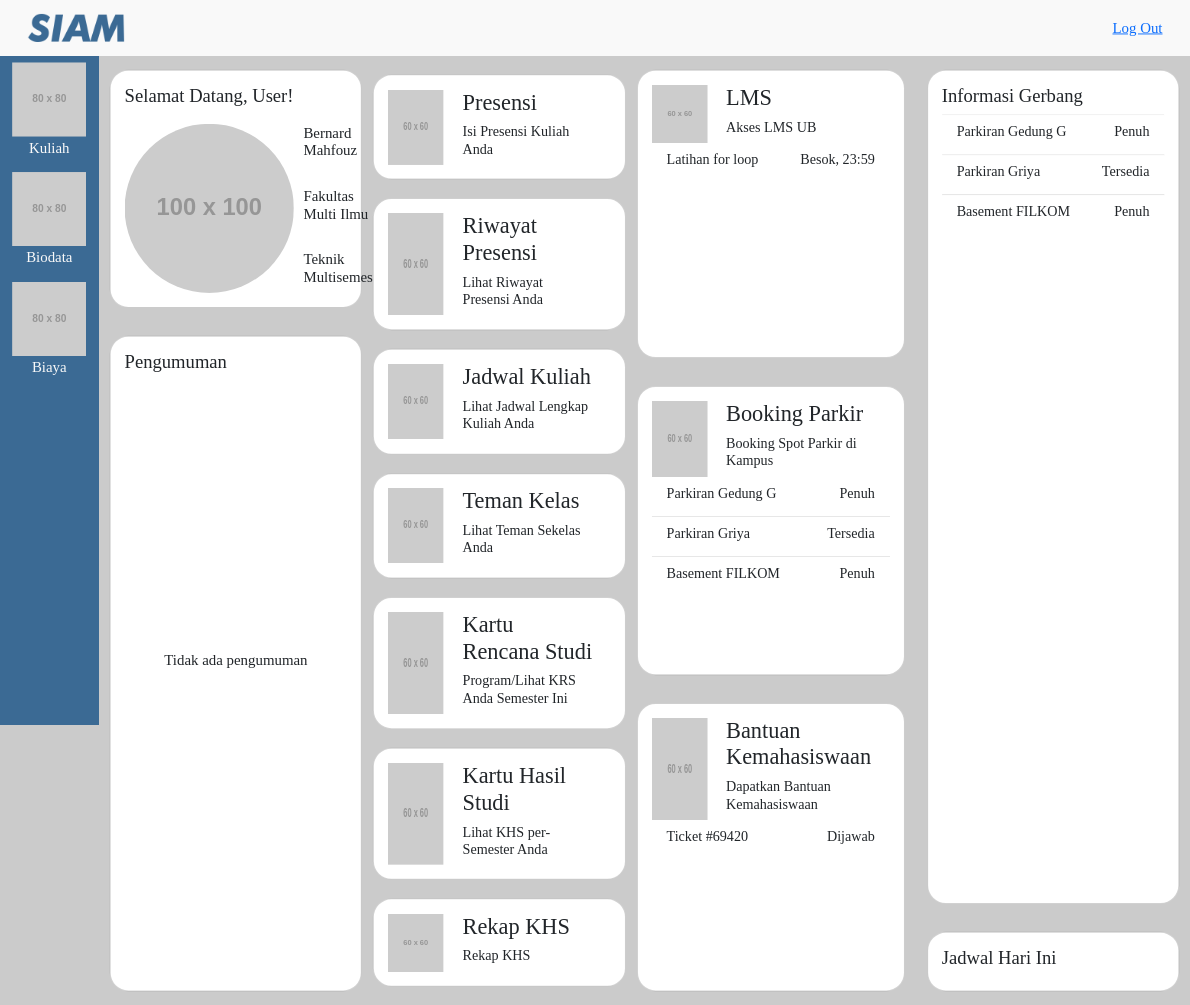
Repository: haikalirf/Project-IMK
Page: kuliah.html
An editor plug-in stored every save of this project. The page is shown before and after the next save, followed by the edit.
The browser window is 1280 px wide. The pictures show the whole page, at 93% of full size.
Some web fonts or font styles are not loaded; a fallback is used.

Above is the page before, as saved 2022-12-10 20:15:41.

### kuliah.html
<!DOCTYPE html>
<html lang="en">
<head>
	<meta charset="UTF-8">
	<meta http-equiv="X-UA-Compatible" content="IE=edge">
	<meta name="viewport" content="width=device-width, initial-scale=1.0">
	<title>SIAM</title>
	<link rel="icon" href="/assets/logo_ub.ico">
	<link rel="stylesheet" href="https://cdn.jsdelivr.net/npm/bootstrap@5.2.3/dist/css/bootstrap.min.css" integrity="sha384-rbsA2VBKQhggwzxH7pPCaAqO46MgnOM80zW1RWuH61DGLwZJEdK2Kadq2F9CUG65" crossorigin="anonymous">
	<link rel="stylesheet" href="/styles/kuliah.css">
</head>
<body>
	<nav class="navbar" id="navbar">
		<a class="navbar-brand" href="/kuliah.html">
			<img id="navbar-image" src="/assets/SIAM.png" alt="SIAM">
		</a>
		<a class="navbar-link" href="#">Log Out</a>
	</nav>
	<main>
		<div class="mh-100" id="sidebar">
			<a class="btn" href="">
				<img id="sidebar-kuliah" src="https://via.placeholder.com/80" alt="Kuliah">
				<br>
				<label for="sidebar-kuliah">Kuliah</label>
			</a>
			<a class="btn" href="">
				<img id="sidebar-biodata" src="https://via.placeholder.com/80" alt="Biodata">
				<br>
				<label for="sidebar-biodata">Biodata</label>
			</a>
			<a class="btn" href="">
				<img id="sidebar-biaya" src="https://via.placeholder.com/80" alt="Biaya">
				<br>
				<label for="sidebar-biaya">Biaya</label>
			</a>
		</div>
		<div class="row main-rows">
			<div class="col d-flex flex-column">
				<div class="card" id="card-user">
					<h5 class="card-title">Selamat Datang, User!</h5>
					<div class="card-body">
						<img class="rounded-circle" src="https://via.placeholder.com/100" alt="User Image">
						<div class="card-text-user">
							<h6>Bernard Mahfouz</h6>
							<h6>Fakultas Multi Ilmu</h6>
							<h6>Teknik Multisemesta</h6>
						</div>
					</div>
				</div>
				<div class="card" id="card-pengumuman">
					<h5>Pengumuman</h5>
					<br>
					<div id="text-pengumuman">
						<h6>Tidak ada pengumuman</h6>
					</div>
				</div>
			</div>
			<div class="col d-flex flex-column col-pilihan">
				<div class="card card-pilihan">
					<div class="pilihan-body">
						<img src="https://via.placeholder.com/60" alt="">
						<div class="pilihan-text">
							<h4>Presensi</h4>
							<h6>Isi Presensi Kuliah Anda</h6>
						</div>
					</div>
				</div>
				<div class="card card-pilihan">
					<div class="pilihan-body">
						<img src="https://via.placeholder.com/60" alt="">
						<div class="pilihan-text">
							<h4>Riwayat Presensi</h4>
							<h6>Lihat Riwayat Presensi Anda</h6>
						</div>
					</div>
				</div>
				<div class="card card-pilihan">
					<div class="pilihan-body">
						<img src="https://via.placeholder.com/60" alt="">
						<div class="pilihan-text">
							<h4>Jadwal Kuliah</h4>
							<h6>Lihat Jadwal Lengkap Kuliah Anda</h6>
						</div>
					</div>
				</div>
				<div class="card card-pilihan">
					<div class="pilihan-body">
						<img src="https://via.placeholder.com/60" alt="">
						<div class="pilihan-text">
							<h4>Teman Kelas</h4>
							<h6>Lihat Teman Sekelas Anda</h6>
						</div>
					</div>
				</div>
				<div class="card card-pilihan">
					<div class="pilihan-body">
						<img src="https://via.placeholder.com/60" alt="">
						<div class="pilihan-text">
							<h4>Kartu Rencana Studi</h4>
							<h6>Program/Lihat KRS Anda Semester Ini</h6>
						</div>
					</div>
				</div>
				<div class="card card-pilihan">
					<div class="pilihan-body">
						<img src="https://via.placeholder.com/60" alt="">
						<div class="pilihan-text">
							<h4>Kartu Hasil Studi</h4>
							<h6>Lihat KHS per-Semester Anda</h6>
						</div>
					</div>
				</div>
				<div class="card card-pilihan">
					<div class="pilihan-body">
						<img src="https://via.placeholder.com/60" alt="">
						<div class="pilihan-text">
							<h4>Rekap KHS</h4>
							<h6>Rekap KHS</h6>
						</div>
					</div>
				</div>
			</div>
			<div class="col d-flex flex-column">
				<div class="card card-extra">
					<div class="card-extra-top">
						<img src="https://via.placeholder.com/60" alt="">
						<div class="card-extra-text">
							<h4>LMS</h4>
							<h6>Akses LMS UB</h6>
						</div>
					</div>
					<div class="card-extra-bottom">
						<ul class="list-group list-group-flush">
							<li class="list-group-item">
								<div class="card-extra-list-item">
									<h6>Latihan for loop</h6>
									<h6>Besok, 23:59</h6>
								</div>
							</li>
						</ul>
					</div>
				</div>
				<div class="card card-extra">
					<div class="card-extra-top">
						<img src="https://via.placeholder.com/60" alt="">
						<div class="card-extra-text">
							<h4>Booking Parkir</h4>
							<h6>Booking Spot Parkir di Kampus</h6>
						</div>
					</div>
					<div class="card-extra-bottom">
						<ul class="list-group list-group-flush">
							<li class="list-group-item">
								<div class="card-extra-list-item">
									<h6>Parkiran Gedung G</h6>
									<h6>Penuh</h6>
								</div>
							</li>
							<li class="list-group-item">
								<div class="card-extra-list-item">
									<h6>Parkiran Griya</h6>
									<h6>Tersedia</h6>
								</div>
							</li>
							<li class="list-group-item">
								<div class="card-extra-list-item">
									<h6>Basement FILKOM</h6>
									<h6>Penuh</h6>
								</div>
							</li>
						</ul>
					</div>
				</div>
				<div class="card card-extra">
					<div class="card-extra-top">
						<img src="https://via.placeholder.com/60" alt="">
						<div class="card-extra-text">
							<h4>Bantuan Kemahasiswaan</h4>
							<h6>Dapatkan Bantuan Kemahasiswaan</h6>
						</div>
					</div>
					<div class="card-extra-bottom">
						<ul class="list-group list-group-flush">
							<li class="list-group-item">
								<div class="card-extra-list-item">
									<h6>Ticket #69420</h6>
									<h6>Dijawab</h6>
								</div>
							</li>
						</ul>
					</div>
				</div>
			</div>
			<div class="col d-flex flex-column col-informasi">
				<div class="card card-gerbang">
					<h5 class="card-title">Informasi Gerbang</h5>
					<ul class="list-group list-group-flush">
							<li class="list-group-item">
								<div class="card-extra-list-item">
									<h6>Parkiran Gedung G</h6>
									<h6>Penuh</h6>
								</div>
							</li>
							<li class="list-group-item">
								<div class="card-extra-list-item">
									<h6>Parkiran Griya</h6>
									<h6>Tersedia</h6>
								</div>
							</li>
							<li class="list-group-item">
								<div class="card-extra-list-item">
									<h6>Basement FILKOM</h6>
									<h6>Penuh</h6>
								</div>
							</li>
						</ul>
				</div>
				<div class="card card-jadwal">
					<h5 class="card-title">Jadwal Hari Ini</h5>

				</div>
			</div>
		</div>
	</main>
	<script src="https://cdn.jsdelivr.net/npm/bootstrap@5.2.3/dist/js/bootstrap.bundle.min.js" integrity="sha384-kenU1KFdBIe4zVF0s0G1M5b4hcpxyD9F7jL+jjXkk+Q2h455rYXK/7HAuoJl+0I4" crossorigin="anonymous"></script>
</body>
</html>

### styles/kuliah.css
html {
	box-sizing: border-box;
}

*, *:before, *:after {
	box-sizing: inherit;
}

body {
	background-color: #cbcbcb;
	font-family: 'readex';
}

@font-face {
	font-family: 'readex';
	src:url('/assets/fonts/ReadexPro-Medium.ttf');
}

#navbar {
	display: flex;
	justify-content: space-between;
	position: fixed;
	background-color: #f9f9f9;
	z-index: 1;
	width: 100%;
	padding: 0px 30px;
}

#navbar-image {
	height: 50px;
}

main {
	padding-top: 60px;
	display: flex;
	height: 100vh;
}

#sidebar {
	background-color: #3b6a94;
	display: flex;
	flex-direction: column;
	flex: 1;
	position: fixed;
	height: 100vh;
}

a img, a label {
	color: #f9f9f9;
}

.main-rows{
	margin: 0px;
	margin-left: 106px;
	width: calc(100% - 106px);
	flex: 100;
}

.card {
	margin: 15px 0px;
	padding: 15px;
	border-radius: 20px;
}

.card-body{
	display: flex;
	padding: 10px 0px 0px;
}

.card-text-user {
	margin-left: 10px;
	display: flex;
	flex-direction: column;
	justify-content: space-between;
}

#card-user {
	flex: 1;
}

#card-pengumuman {
	flex: 3;
}

#text-pengumuman {
	display: flex;
	justify-content: center;
	align-items: center;
	position: absolute;
	top:0;
	bottom: 0;
	left: 0;
	right: 0;
	margin: auto;
}

.col-pilihan {
	padding: 10px 0px;
}

.card-pilihan {
	flex: 1;
	margin: 10px 0px;
}

.pilihan-body {
	display: flex;
	position: relative;
	top: 50%;
	-webkit-transform: translateY(-50%);
	-ms-transform: translateY(-50%);
	transform: translateY(-50%);
}

.pilihan-text {
	margin: 0px 20px;
}

.pilihan-text h6 {
	font-size: 0.95em;
}

.card-extra {
	flex: 1;
}

.card-extra-top {
	display: flex;
}

.card-extra-text {
	margin: 0px 20px;
}

.card-extra-text h6 {
	font-size: 0.95em;
}

.card-extra-list-item {
	display: flex;
	justify-content: space-between;
}

.card-extra-list-item * {
	font-size: 0.95em;
}

.card-gerbang {
	flex: 1;
}

After the next save:
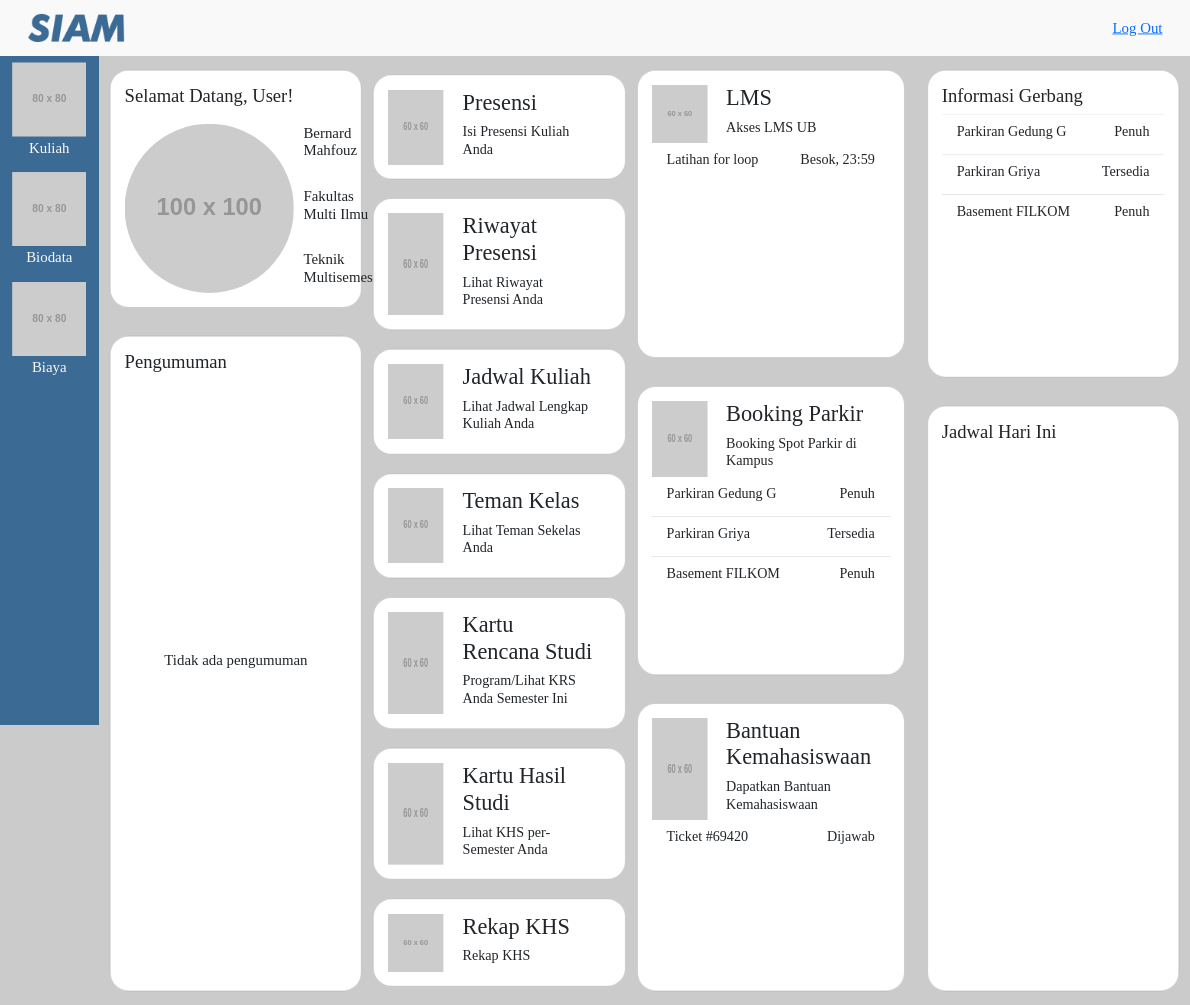
Saved 11 s later.
--- a/styles/kuliah.css
+++ b/styles/kuliah.css
@@ -148,3 +148,7 @@ a img, a label {
 .card-gerbang {
 	flex: 1;
 }
+
+.card-jadwal {
+	flex: 2;
+}

After the save that followed:
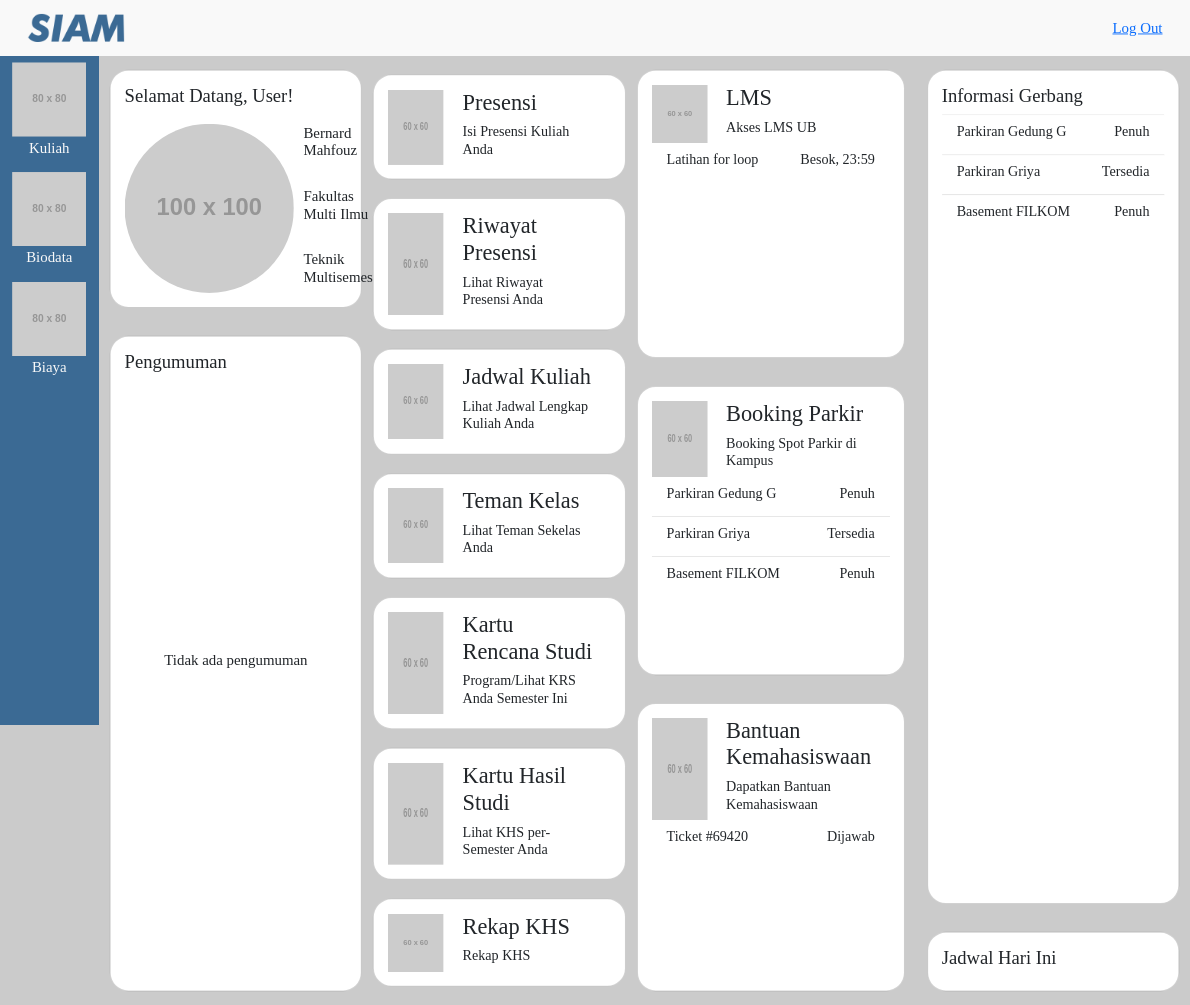
Saved 2 min 6 s later.
--- a/styles/kuliah.css
+++ b/styles/kuliah.css
@@ -149,6 +149,8 @@ a img, a label {
 	flex: 1;
 }
 
+.card-gerbang
+
 .card-jadwal {
 	flex: 2;
 }
